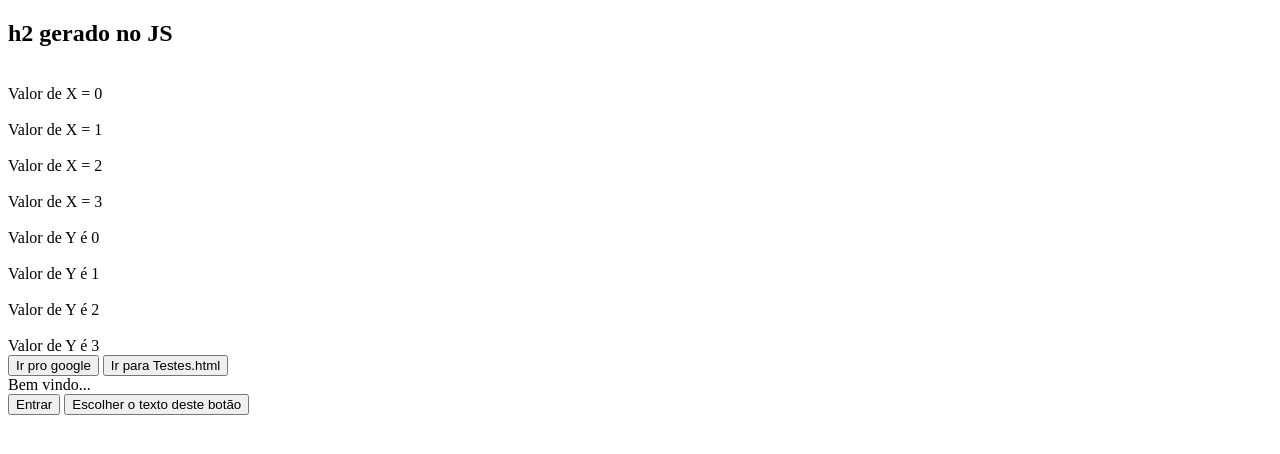
Repository: joaoaspimienta/Testes-e-estudo-de-ReactJS
Page: src/Anotações.html
An editor plug-in stored every save of this project. The page is shown before and after the next save, followed by the edit.
The browser window is 1280 px wide. The pictures show the whole page.

Above is the page before, as saved 2021-12-27 20:07:30.

### src/Anotações.html
<!DOCTYPE html>
  <head>
    <title>Anotações</title>
    <script type="text/javascript" src="script.js"></script>
  </head>

  <body>
    <button onClick="window.location.href='https://www.google.com';">Ir pro google</button>

    <button onClick="window.location.href='Testes.html';">Ir para Testes.html</button>

    <div id="area">Bem vindo...</div>

    <button onClick="document.getElementById('area').innerHTML='Bem vindo, ' + prompt('Qual seu nome?')">Entrar</button>
    <!-- document.write("<h1>lol</h1>") -->

    <button onClick="this.innerHTML= prompt('Escolha o nome deste botão')">Escolher o texto deste botão</button>
  </body>
</html>

### src/script.js
//Gerar coisas na tela
document.write("<h2>h2 gerado no JS</h2>")


//Arrays
var userList = ['EMIYA', 'Code', 'Carvalho', 'DrA'];

userList.indexOf('Carvalho') //2
userList.join(' e ') //EMIYA e Code e Carvalho...
userList.pop() //remove DrA
userList.shift() //remove EMIYA
userList.push('Honda') //add Honda no final

if(userList.indexOf('EMIYA') > -1) {
  console.log('Este nome está na lista')
} else {
  console.log('Este nome não está na lista')
}

console.log(userList)


//Loops
x = 0;
while(x <= 3) {
  document.write('</br> Valor de X = ' + x + '</br>')
  x++
}

for(y = 0; y <= 3; y++){
  document.write('</br> Valor de Y é ' + y + '</br>')
}

After the next save:
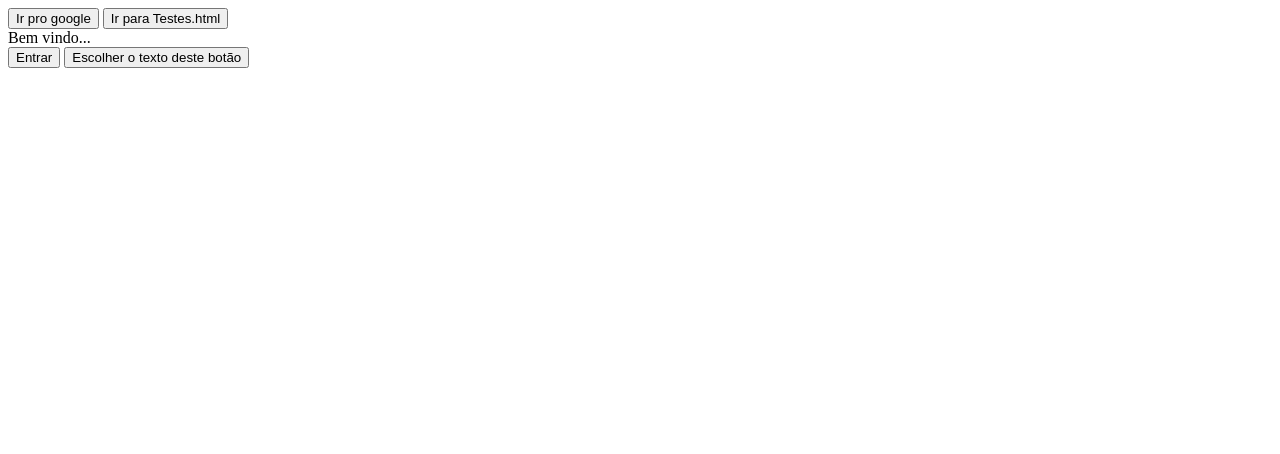
Console error: SyntaxError: Unexpected string
Saved 2 min 50 s later.
--- a/src/script.js
+++ b/src/script.js
@@ -30,3 +30,7 @@ while(x <= 3) {
 for(y = 0; y <= 3; y++){
   document.write('</br> Valor de Y é ' + y + '</br>')
 }
+
+//Timers
+
+function documentWrite('Escrevendo coisas')

After the 2 saves that followed:
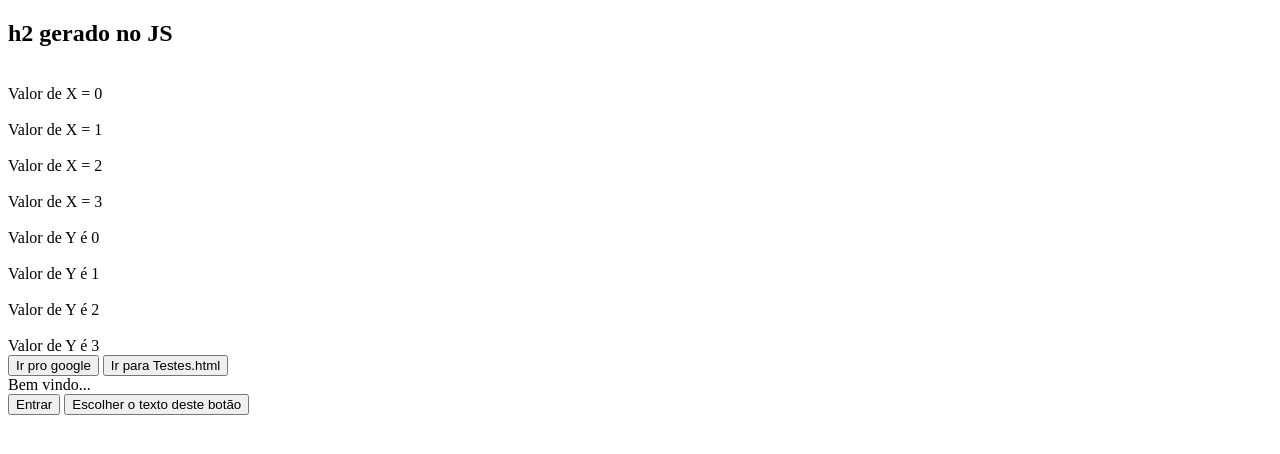
The error is gone.
The 2 saves are shown as one change because 1 left the picture as it was.
The last was saved 60 s later.
--- a/src/script.js
+++ b/src/script.js
@@ -33,4 +33,6 @@ for(y = 0; y <= 3; y++){
 
 //Timers
 
-function documentWrite('Escrevendo coisas')
+function writeForever(){
+  document.write('Escrevendo coisas</br>')
+}
